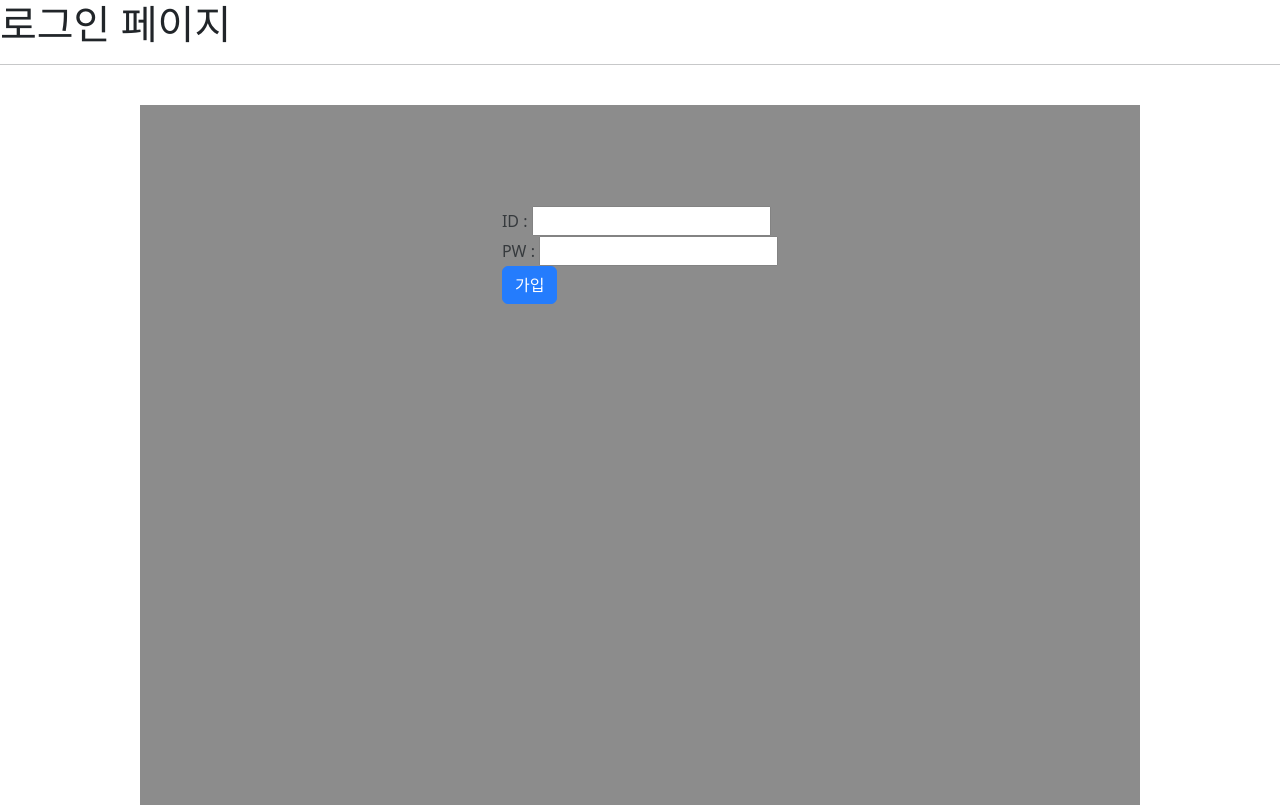
Repository: yangone8249/jsp_project
Page: http://localhost/yang_project/member/MemberLogin.jsp
An editor plug-in stored every save of this project. The page is shown before and after the next save, followed by the edit.
The browser window is 1280 px wide. The pictures show the whole page.
The page is served by Tomcat 9. Other server files are loaded and not shown.

Above is the page before, as saved 2023-06-01 02:04:55.

### yang_project/yang_project/src/main/webapp/member/MemberLogin.jsp
<%@ page language="java" contentType="text/html; charset=UTF-8"
    pageEncoding="UTF-8"%>
<!DOCTYPE html>
<html>
<head>
<meta charset="UTF-8">
<title>로그인</title>
<link href="https://cdn.jsdelivr.net/npm/bootstrap@5.2.3/dist/css/bootstrap.min.css" rel="stylesheet" integrity="sha384-rbsA2VBKQhggwzxH7pPCaAqO46MgnOM80zW1RWuH61DGLwZJEdK2Kadq2F9CUG65" crossorigin="anonymous">
<script src="https://cdn.jsdelivr.net/npm/bootstrap@5.2.3/dist/js/bootstrap.bundle.min.js" integrity="sha384-kenU1KFdBIe4zVF0s0G1M5b4hcpxyD9F7jL+jjXkk+Q2h455rYXK/7HAuoJl+0I4" crossorigin="anonymous"></script>

<style type="text/css">
	#content{
		width : 1000px;
		height : 700px;
		background-color: gray;
		margin:auto;
		opacity: 0.9;
		 justify-content : center;
		display: flex;
		align-items : center;
		padding-bottom: 400px;
	}
</style>
</head>
<body>
	<h1>로그인 페이지</h1>
		<hr><br>
			<div id="content">
	<form action="/mem/login" method="post">
	ID : <input type="text" name="id"/><br>
	PW : <input type="password" name="password"/><br>
	<button type="submit" class="btn btn-primary">가입</button>
	</form>
	</div>
</body>
</html>

After the next save:
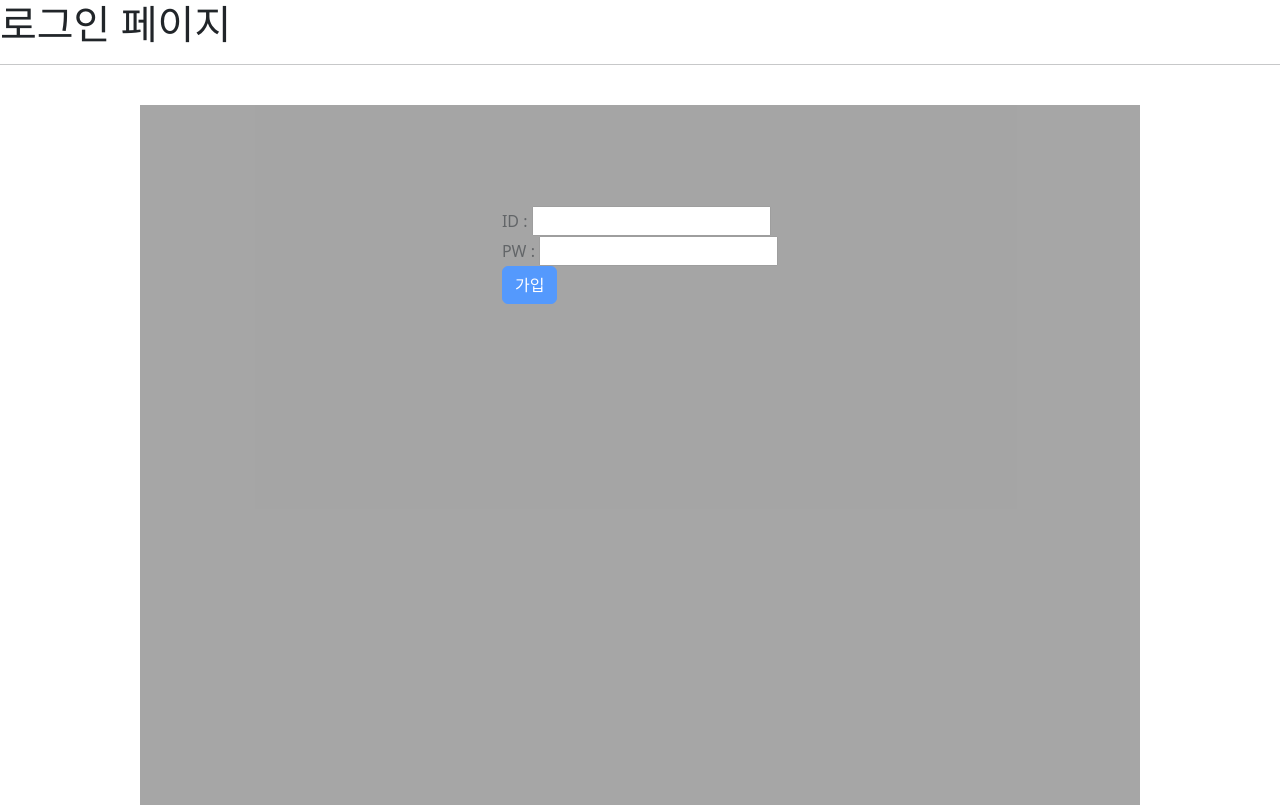
Saved 6 s later.
--- a/yang_project/yang_project/src/main/webapp/member/MemberLogin.jsp
+++ b/yang_project/yang_project/src/main/webapp/member/MemberLogin.jsp
@@ -14,7 +14,7 @@
 		height : 700px;
 		background-color: gray;
 		margin:auto;
-		opacity: 0.9;
+		opacity: 0.7;
 		 justify-content : center;
 		display: flex;
 		align-items : center;

After the save that followed:
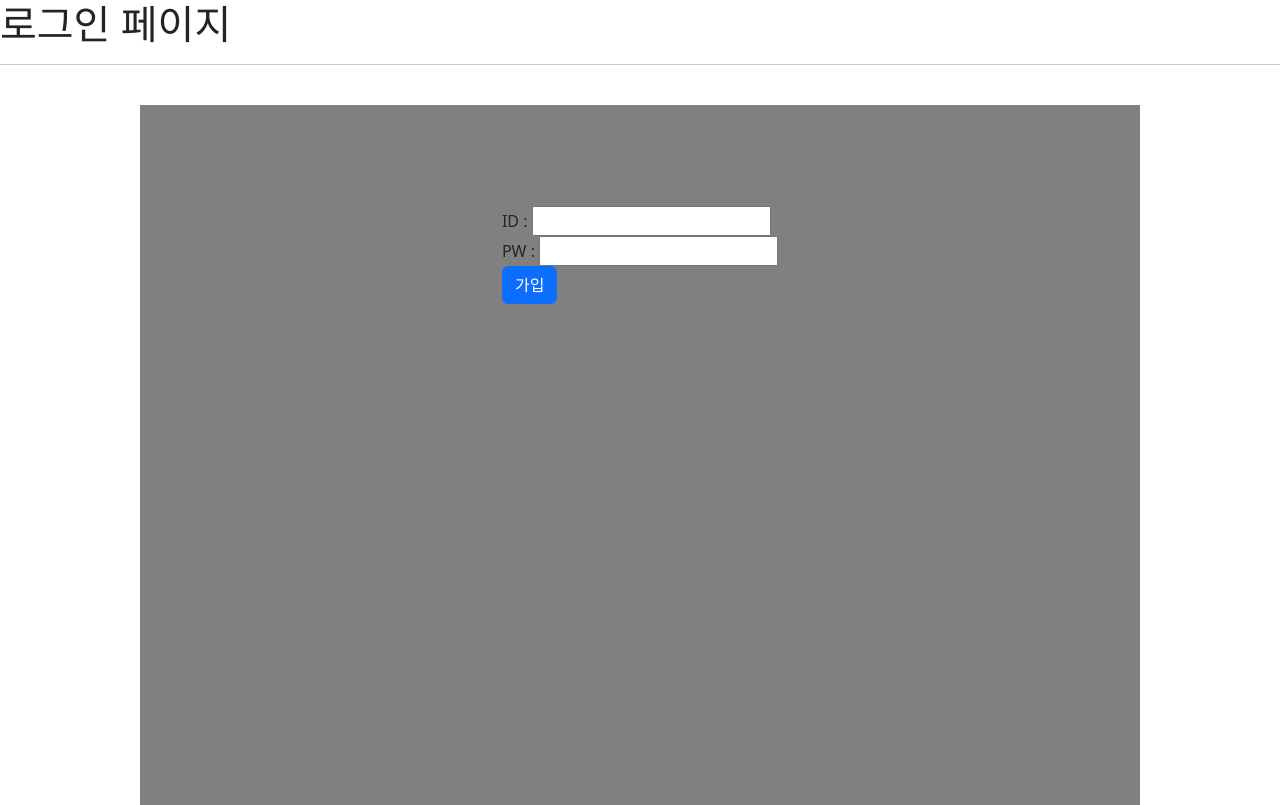
Saved 19 s later.
--- a/yang_project/yang_project/src/main/webapp/member/MemberLogin.jsp
+++ b/yang_project/yang_project/src/main/webapp/member/MemberLogin.jsp
@@ -14,7 +14,6 @@
 		height : 700px;
 		background-color: gray;
 		margin:auto;
-		opacity: 0.7;
 		 justify-content : center;
 		display: flex;
 		align-items : center;
